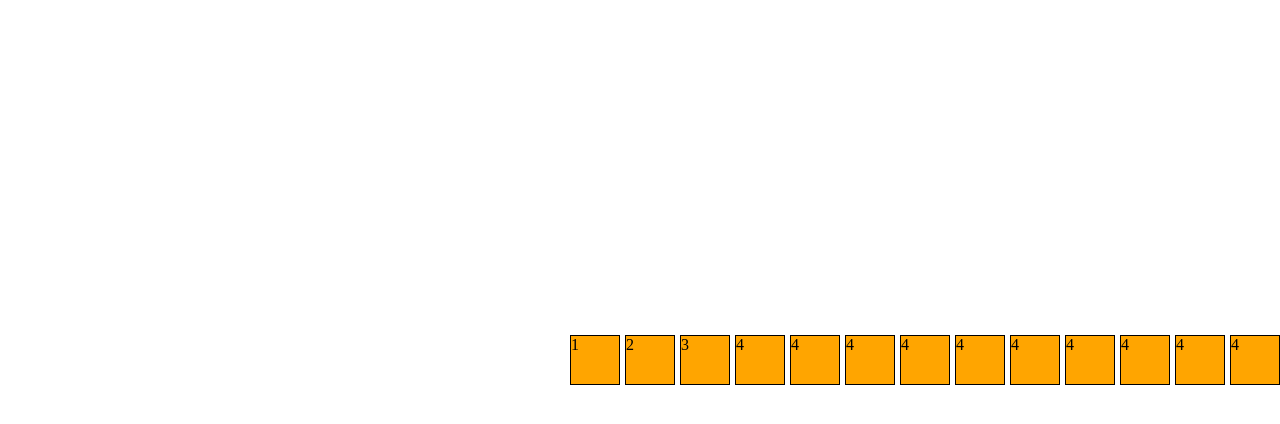
Repository: wisdomphamdev/flex-box
Page: index.html
The author's editor kept a copy of each file at every save. The page is drawn from the files as they stood at one save, then again after the next save.
The browser window is 1280 px wide. The pictures show the whole page.

Above is the page before, as saved 2024-06-10 21:17:57.

After the next save:
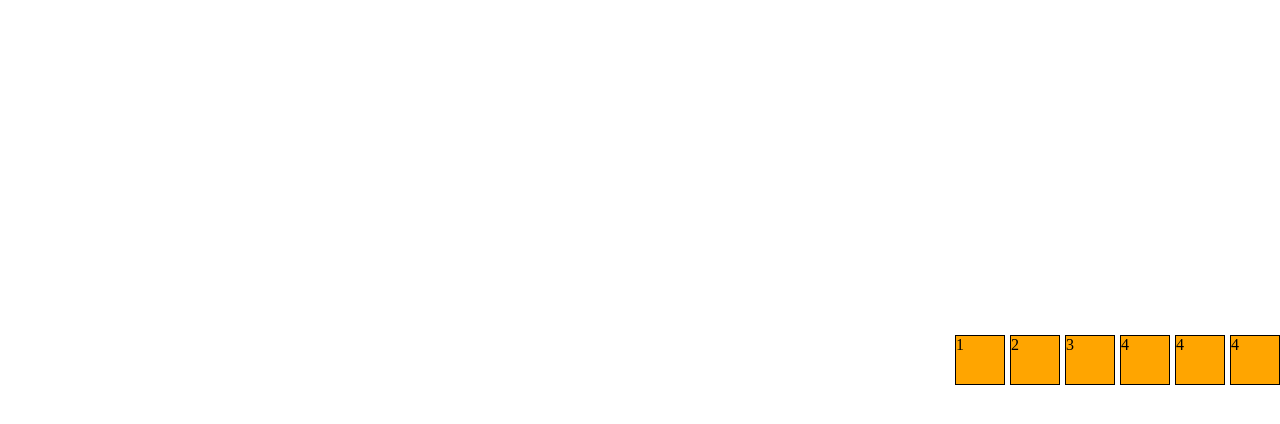
Saved 9 s later.
--- a/index.html
+++ b/index.html
@@ -14,13 +14,7 @@
         <div class="item">4</div>
         <div class="item">4</div>
         <div class="item">4</div>
-        <div class="item">4</div>
-        <div class="item">4</div>
-        <div class="item">4</div>
-        <div class="item">4</div>
-        <div class="item">4</div>
-        <div class="item">4</div>
-        <div class="item">4</div>
+
 
 
     </div>
